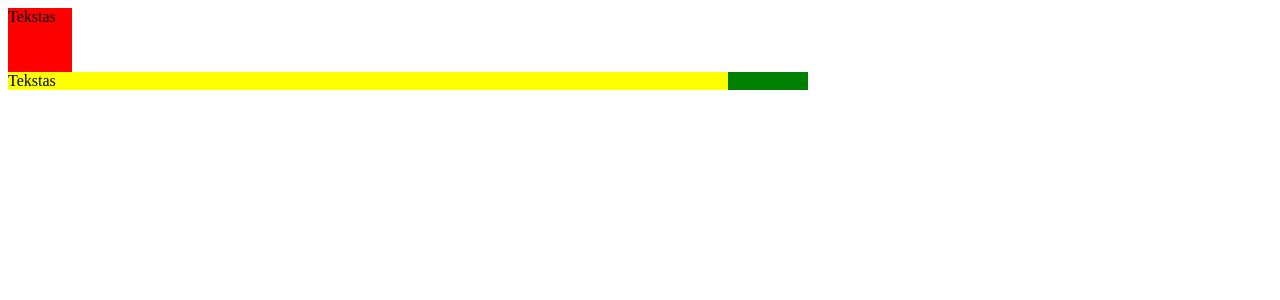
Repository: motiejus1/13-paskaita-05.31
Page: index_units.html
These files come from the project's save history. The page is drawn as it stood at one moment and after a run of saves; the edit follows.
The browser window is 1280 px wide. The pictures show the whole page.

Above is the page before, as saved 2021-06-21 20:48:57.

### index_units.html
<!DOCTYPE html>
<html lang="en">
<head>
    <meta charset="UTF-8">
    <meta http-equiv="X-UA-Compatible" content="IE=edge">
    <meta name="viewport" content="width=device-width, initial-scale=1.0">
    <title>13 paskaita</title>

    <style>
        /* px */
        /* % */
        /* rem */

        /* vh - viewport height %  0-100% */
        /* vw - viewport width %  0-100% */


        .container {
            width: 800px;
        }

        .left-column {
            width: 100vh;
        }

        .zalia {
            background-color: green;
        }

        .geltona {
            background-color: yellow;
        }


        .kvadratelis {
            width: 5vw;
            height: 5vw;
            background-color:red;
        }
    </style>
</head>
<body>

    <div class="kvadratelis">Tekstas</div>
    <div class="container zalia">
        <div class="left-column geltona">
            Tekstas
        </div>
    </div>
</body>
</html>

After the next 2 saves:
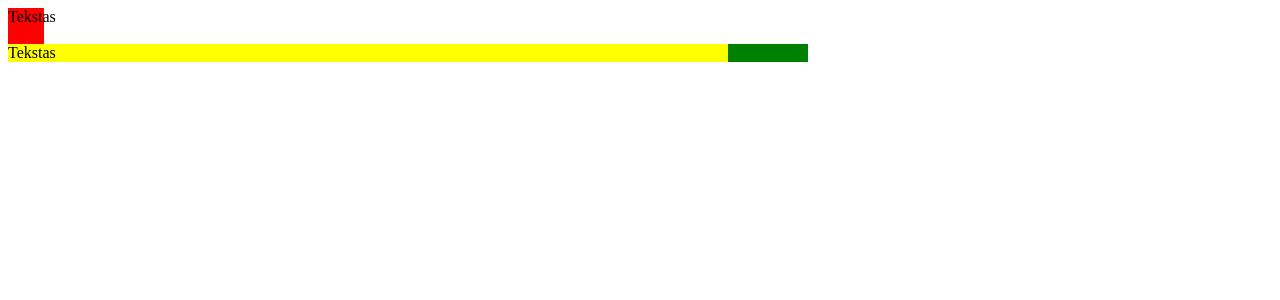
The 2 saves are shown as one change because they came seconds apart.
The last was saved 47 s later.
--- a/index_units.html
+++ b/index_units.html
@@ -33,8 +33,8 @@
 
 
         .kvadratelis {
-            width: 5vw;
-            height: 5vw;
+            width: 5vh;
+            height: 5vh;
             background-color:red;
         }
     </style>
